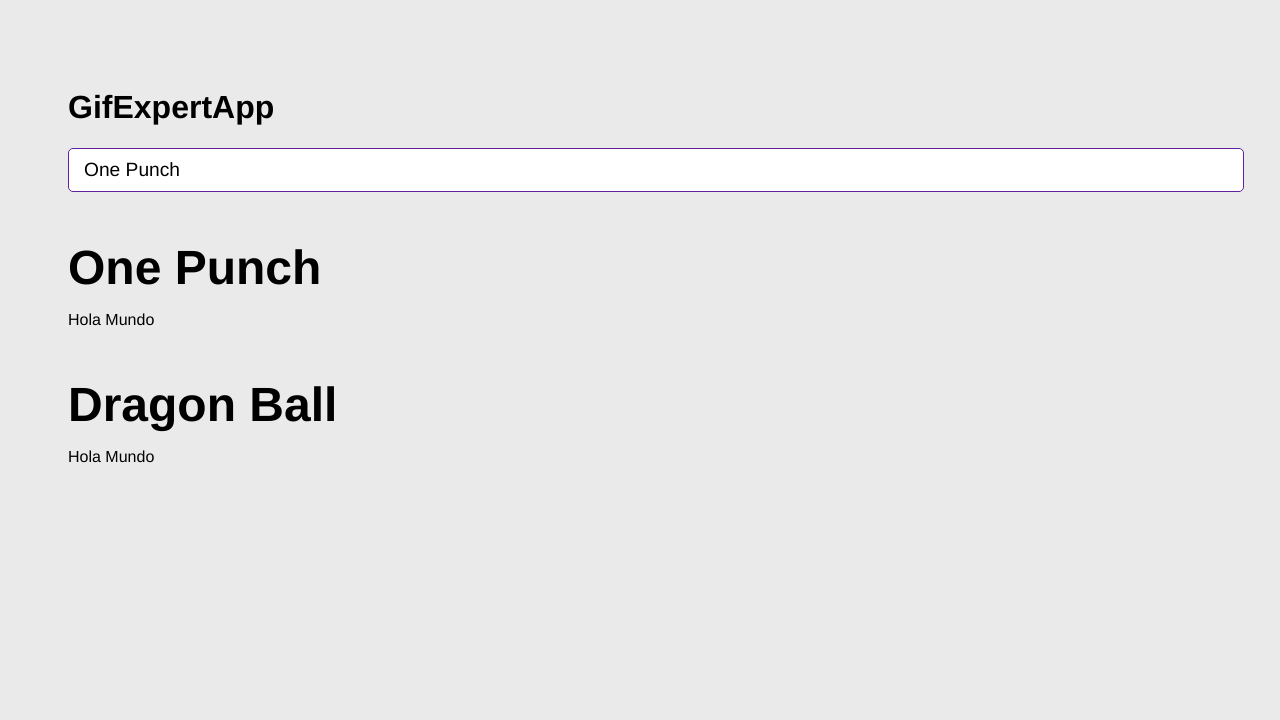
Repository: bryanesteban/gif-expert-app
Page: /
The author's editor kept a copy of each file at every save. The page is drawn from the files as they stood at one save, then again after the next save.
The browser window is 1280 px wide. The pictures show the whole page.
The project was rebuilt for these pictures with package versions that can differ from the ones it lists, and the page was loaded fresh each time. Also part of the build but not shown: vite.config.js.

Above is the page before, as saved 2024-06-13 23:34:46.

### src/main.jsx
import React from 'react'
import ReactDOM from 'react-dom/client'
import { GifExpertApp } from './GifExpertApp'

import './styles.css';

ReactDOM.createRoot(document.getElementById('root')).render(
  <React.StrictMode>
    <GifExpertApp />
  </React.StrictMode>,
)

### src/GifExpertApp.jsx
import { useState } from "react";
import { AddCategory } from "./components/AddCategory";
import { GifGrid } from "./components/GifGrid";


export const GifExpertApp = () => {




    const [ categories , setCategories ] = useState([ 'One Punch', 'Dragon Ball']);

    const onAddCategory = ( newCategory ) => {

        if(categories.includes(newCategory) ) return ;
        setCategories([...categories,newCategory]);

        // setCategories(cat => [...cat,'Fullmetal Alchemist']);
    }

    return (
    <>

    <h1>GifExpertApp</h1>

    <AddCategory
        // setCategories={ setCategories }
        onNewCategory={ event => onAddCategory(event)}
    />


    <>
        { categories.map( ( category ) => (
                <GifGrid
                    key={ category }
                    category={category}/>

            ))
        }

    </>

    </>
  )
};

### src/components/AddCategory.jsx
import { useState } from "react";
// import PropTypes from 'prop-types';

export  const AddCategory = ( { onNewCategory } ) =>{


   const [inputValue, setInputValue] = useState('One Punch');

    const onInputChange= ({target}) => {
        setInputValue(target.value);
    }

    const onsubmit =( event ) => {
        event.preventDefault();

        if(inputValue.trim().length <= 1 ) return;

        // setCategories(categories => [inputValue, ...categories] );
        onNewCategory( inputValue.trim() );
        setInputValue('');
    }

    return (
        <form onSubmit={(event) => onsubmit(event)}>

        <input
            type="text"
            placeholder="Buscar Gifs"
            value={ inputValue }
            onChange={ (event) =>  onInputChange(event) }
            />
        </form>

    )
}

### src/components/GifGrid.jsx

export const GifGrid = ( { category } ) => {

   const gifs = [1,2,3,4,5]

    return (
       <>
            <h3> { category } </h3>
            <p>Hola Mundo</p>
       </>
    )
}

Loaded but not shown: index.html (common file); src/styles.css (common file)

After the next save:
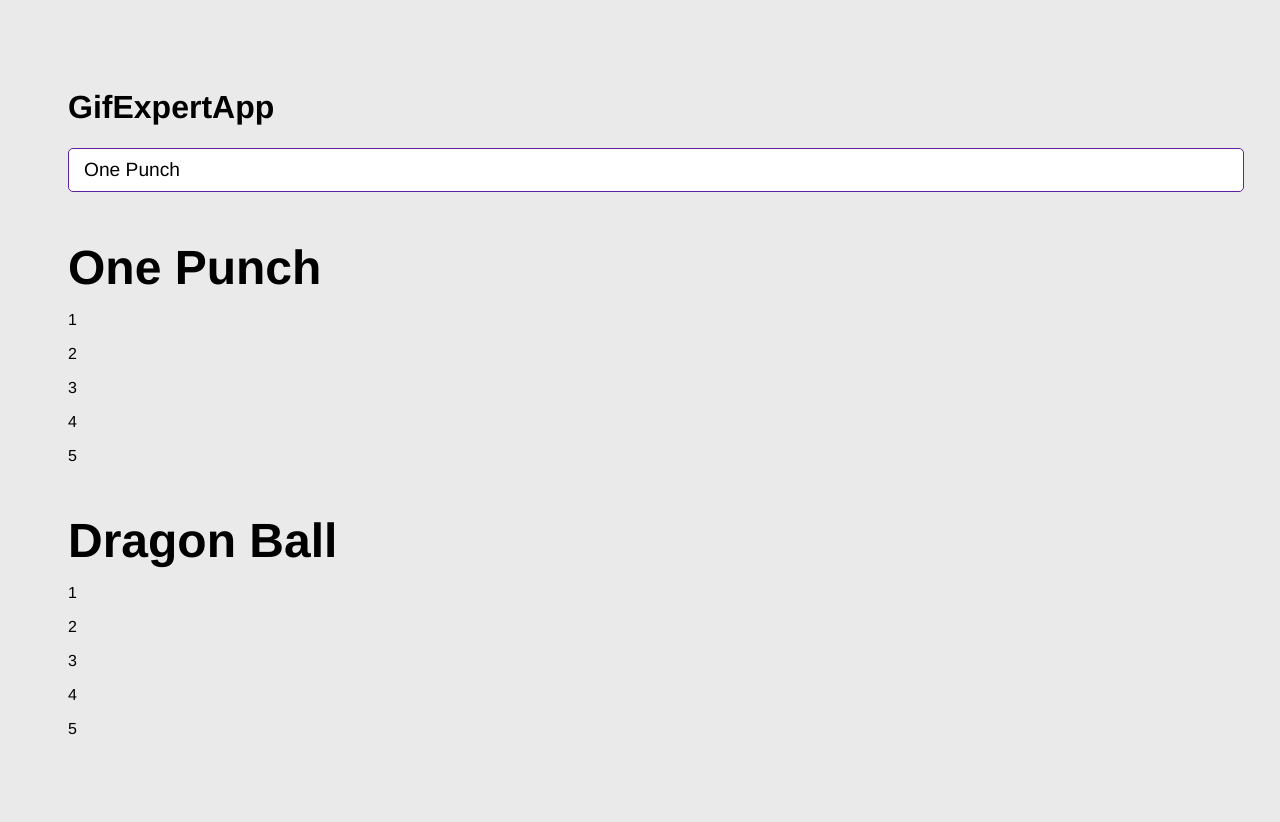
Saved 52 s later.
--- a/src/components/GifGrid.jsx
+++ b/src/components/GifGrid.jsx
@@ -6,7 +6,11 @@
     return (
        <>
             <h3> { category } </h3>
-            <p>Hola Mundo</p>
+            {
+                gifs.map( gif => (
+                    <p>{ gif }</p>
+                ))
+            }
        </>
     )
 }
